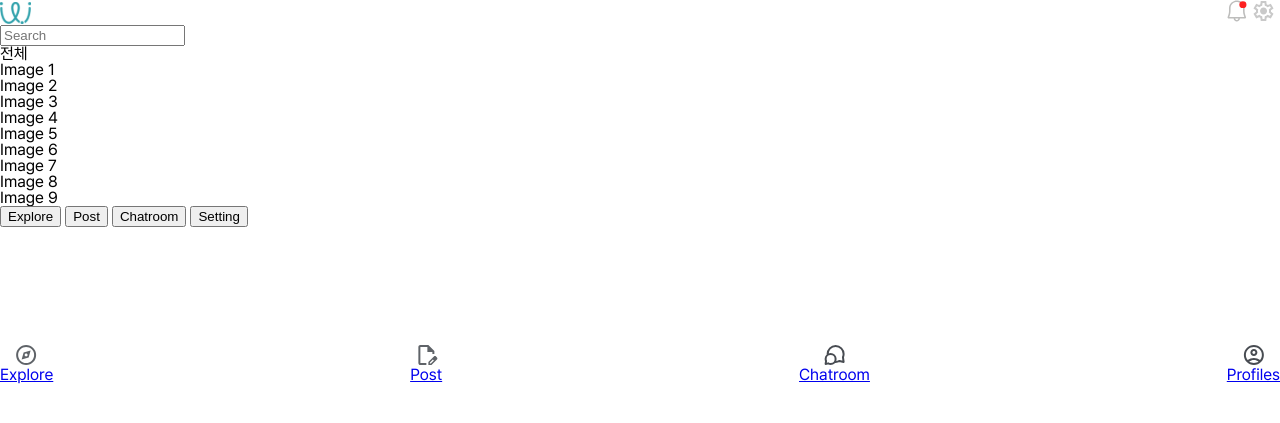
Repository: makeditWeb/trip_app
Page: tripApp/pages/index.html
These files come from the project's save history. The page is drawn as it stood at one moment and after the next save; the edit follows.
The browser window is 1280 px wide. The pictures show the whole page.
The style sheet was rebuilt from its Sass, Less or Tailwind sources for each picture, by a compiler version that may differ from the author's.

Above is the page before, as saved 2024-12-24 22:11:09.
Console error: TypeError: Cannot read properties of null (reading 'addEventListener')

### tripApp/pages/index.html
<!DOCTYPE html>
<html lang="en">
<head>
    <meta charset="UTF-8">
    <meta name="viewport" content="width=device-width, initial-scale=1.0">
    <title>Trip APP</title>

    <link rel="stylesheet" href="../assets/css/reset.css">
    <link rel="stylesheet" href="../assets/css/style.css">


    <script src="../assets/js/layout.js"></script>
</head>
<body>
    <div class="app">


        <!-- 검색창 (맵 위에 위치) -->
        <div class="search-bar">
            <input type="text" placeholder="Search" class="search-input">
        </div>

        <!-- 바텀시트 -->
        <div class="bottom-sheet" id="bottomSheet">
            <div class="handle-bar" id="handleBar">
                <div class="handle"></div>
            </div>
            <div class="sheet-content">
                <h2 class="title">전체</h2>
                <div class="image-grid">
                    <div class="image-item">Image 1</div>
                    <div class="image-item">Image 2</div>
                    <div class="image-item">Image 3</div>
                    <div class="image-item">Image 4</div>
                    <div class="image-item">Image 5</div>
                    <div class="image-item">Image 6</div>
                    <div class="image-item">Image 7</div>
                    <div class="image-item">Image 8</div>
                    <div class="image-item">Image 9</div>
                </div>
            </div>
            <div class="bottom-nav">
                <button class="active">Explore</button>
                <button>Post</button>
                <button>Chatroom</button>
                <button>Setting</button>
            </div>
        </div>
    </div>

    <script src="../assets/js/common.js"></script>
</body>
</html>

### tripApp/pages/layout/common_layout.html
<!DOCTYPE html>
<html lang="en">
<head>
    <meta charset="UTF-8">
    <meta name="viewport" content="width=device-width, initial-scale=1.0">
    <title>Trip APP</title>

    <link rel="stylesheet" href="../assets/css/reset.css">
    <link rel="stylesheet" href="../assets/css/style.css">
</head>
<body>

</body>
<div class="app">
    <!-- Common Header -->
    <header class="header">
        <div class="header__inner flex-center-between">
            <img src="../../assets/images/header_logo.svg" alt="logo" class="logo">
            <div class="header__right flex-center">
                <div class="notification-bell">
                    <svg xmlns="http://www.w3.org/2000/svg" width="20" height="22" viewBox="0 0 20 22" fill="none">
                        <path d="M18.2069 14.8604C17.812 13.7083 17.6103 12.5032 17.6091 11.2901V8.2929C17.6378 6.39372 16.9327 4.55179 15.63 3.12347C14.3319 1.69289 12.5301 0.773058 10.57 0.540249C9.48686 0.43224 8.38496 0.540249 7.33924 0.880778C6.29353 1.2033 5.34146 1.74185 4.53922 2.46041C3.73299 3.16044 3.09038 4.01685 2.65382 4.97312C2.21508 5.92902 1.98608 6.9616 1.98113 8.00637V11.3067C1.97884 12.5147 1.77707 13.7147 1.38335 14.8619L0.450012 17.5157L1.19762 18.5028H6.66811C6.66811 19.2918 7.00368 20.0629 7.58272 20.6209C8.16021 21.176 8.964 21.5 9.78653 21.5C10.6075 21.5 11.4097 21.1775 11.9888 20.6209C12.5678 20.0644 12.9049 19.2918 12.9049 18.5028H18.3754L19.1215 17.5157L18.2069 14.8604ZM10.8869 19.5813C10.7433 19.7221 10.5721 19.8342 10.3833 19.9112C10.1945 19.9882 9.99164 20.0285 9.78653 20.0299C9.58104 20.0285 9.37787 19.988 9.18874 19.9108C8.99962 19.8336 8.82828 19.7211 8.68463 19.5798C8.53787 19.4419 8.42095 19.2775 8.34059 19.096C8.26023 18.9145 8.21802 18.7195 8.21639 18.5223H11.3364C11.3429 18.7191 11.3064 18.915 11.2292 19.0974C11.1521 19.2799 11.036 19.4447 10.8884 19.5813H10.8869ZM2.27923 17.0161L2.85828 15.345C3.30983 14.0431 3.54321 12.6805 3.5497 11.3081V8.00637C3.5497 7.1618 3.73699 6.33673 4.09128 5.58217C4.44558 4.81111 4.94971 4.12855 5.60367 3.572C6.25763 2.99895 7.02397 2.56692 7.84493 2.3164C8.68463 2.04638 9.56178 1.95637 10.4202 2.04638C11.9935 2.24521 13.4359 2.9926 14.4735 4.14655C15.5114 5.30193 16.0694 6.78471 16.0405 8.3109V11.3262C16.0405 12.6898 16.2653 14.0534 16.7319 15.363L17.311 17.0326H2.28079V17.0146L2.27923 17.0161Z" fill="#BDBDBC"/>
                        <ellipse class="notification-dot" cx="15.8909" cy="4.69484" rx="3.55908" ry="3.3871" fill="#FD2121"/>
                    </svg>
                </div>
                <button class="non-btn btn-settings">
                    <img src="../../assets/images/settings.svg" alt="settings">
                </button>
            </div>
        </div>
    </header>

    <!-- Dynamic Content Area -->
    <main class="main" id="mainContent">
        <!-- Content will be injected here -->
    </main>

    <!-- Common Bottom Navigation -->
    <nav class="bottom-nav">
        <div class="bottom-nav__inner flex-center-between">
            <a href="/" class="bottom-nav__item flex-col-center active">
                <svg xmlns="http://www.w3.org/2000/svg" width="25" height="24" viewBox="0 0 25 24" fill="none">
                    <path d="M7.625 16.5L14.625 14.5L16.625 7.5L9.625 9.5L7.625 16.5ZM12.125 13.5C11.7083 13.5 11.3542 13.3542 11.0625 13.0625C10.7708 12.7708 10.625 12.4167 10.625 12C10.625 11.5833 10.7708 11.2292 11.0625 10.9375C11.3542 10.6458 11.7083 10.5 12.125 10.5C12.5417 10.5 12.8958 10.6458 13.1875 10.9375C13.4792 11.2292 13.625 11.5833 13.625 12C13.625 12.4167 13.4792 12.7708 13.1875 13.0625C12.8958 13.3542 12.5417 13.5 12.125 13.5ZM12.125 22C10.7417 22 9.44167 21.7375 8.225 21.2125C7.00833 20.6875 5.95 19.975 5.05 19.075C4.15 18.175 3.4375 17.1167 2.9125 15.9C2.3875 14.6833 2.125 13.3833 2.125 12C2.125 10.6167 2.3875 9.31667 2.9125 8.1C3.4375 6.88333 4.15 5.825 5.05 4.925C5.95 4.025 7.00833 3.3125 8.225 2.7875C9.44167 2.2625 10.7417 2 12.125 2C13.5083 2 14.8083 2.2625 16.025 2.7875C17.2417 3.3125 18.3 4.025 19.2 4.925C20.1 5.825 20.8125 6.88333 21.3375 8.1C21.8625 9.31667 22.125 10.6167 22.125 12C22.125 13.3833 21.8625 14.6833 21.3375 15.9C20.8125 17.1167 20.1 18.175 19.2 19.075C18.3 19.975 17.2417 20.6875 16.025 21.2125C14.8083 21.7375 13.5083 22 12.125 22ZM12.125 20C14.3417 20 16.2292 19.2208 17.7875 17.6625C19.3458 16.1042 20.125 14.2167 20.125 12C20.125 9.78333 19.3458 7.89583 17.7875 6.3375C16.2292 4.77917 14.3417 4 12.125 4C9.90833 4 8.02083 4.77917 6.4625 6.3375C4.90417 7.89583 4.125 9.78333 4.125 12C4.125 14.2167 4.90417 16.1042 6.4625 17.6625C8.02083 19.2208 9.90833 20 12.125 20Z" fill="#5F6368"/>
                </svg>
                <span>Explore</span>
            </a>
            <a href="/post" class="bottom-nav__item flex-col-center">
                <svg xmlns="http://www.w3.org/2000/svg" width="25" height="24" viewBox="0 0 25 24" fill="none">
                    <path d="M14.375 22V18.925L19.9 13.425C20.05 13.275 20.2167 13.1667 20.4 13.1C20.5833 13.0333 20.7667 13 20.95 13C21.15 13 21.3417 13.0375 21.525 13.1125C21.7083 13.1875 21.875 13.3 22.025 13.45L22.95 14.375C23.0833 14.525 23.1875 14.6917 23.2625 14.875C23.3375 15.0583 23.375 15.2417 23.375 15.425C23.375 15.6083 23.3417 15.7958 23.275 15.9875C23.2083 16.1792 23.1 16.35 22.95 16.5L17.45 22H14.375ZM15.875 20.5H16.825L19.85 17.45L19.4 16.975L18.925 16.525L15.875 19.55V20.5ZM6.375 22C5.825 22 5.35417 21.8042 4.9625 21.4125C4.57083 21.0208 4.375 20.55 4.375 20V4C4.375 3.45 4.57083 2.97917 4.9625 2.5875C5.35417 2.19583 5.825 2 6.375 2H14.375L20.375 8V11H18.375V9H13.375V4H6.375V20H12.375V22H6.375ZM19.4 16.975L18.925 16.525L19.85 17.45L19.4 16.975Z" fill="#5F6368"/>
                </svg>
                <span>Post</span>
            </a>
            <a href="/chatroom" class="bottom-nav__item flex-col-center">
                <svg xmlns="http://www.w3.org/2000/svg" width="25" height="24" viewBox="0 0 25 24" fill="none">
                    <path d="M5.62483 11C5.62483 6.58172 9.20625 3 13.6242 3C18.0421 3 21.6235 6.58172 21.6235 11C21.6235 12.15 21.3808 13.2434 20.944 14.2316L21.625 18.9992L17.5396 17.9778C16.3822 18.6287 15.0465 19 13.6242 19M3.62595 16C3.62595 16.7188 3.77758 17.4021 4.0506 18.0198L3.625 20.9995L6.17815 20.3611C6.90143 20.768 7.73615 21 8.62505 21C11.386 21 13.6242 18.7614 13.6242 16C13.6242 13.2386 11.386 11 8.62505 11C5.86412 11 3.62595 13.2386 3.62595 16Z" stroke="#484C52" stroke-width="2" stroke-linecap="round" stroke-linejoin="round"/>
                </svg>
                <span>Chatroom</span>
            </a>
            <a href="/profiles" class="bottom-nav__item flex-col-center">
                <svg xmlns="http://www.w3.org/2000/svg" width="25" height="24" viewBox="0 0 25 24" fill="none">
                    <path d="M6.725 17.1C7.575 16.45 8.525 15.9375 9.575 15.5625C10.625 15.1875 11.725 15 12.875 15C14.025 15 15.125 15.1875 16.175 15.5625C17.225 15.9375 18.175 16.45 19.025 17.1C19.6083 16.4167 20.0625 15.6417 20.3875 14.775C20.7125 13.9083 20.875 12.9833 20.875 12C20.875 9.78333 20.0958 7.89583 18.5375 6.3375C16.9792 4.77917 15.0917 4 12.875 4C10.6583 4 8.77083 4.77917 7.2125 6.3375C5.65417 7.89583 4.875 9.78333 4.875 12C4.875 12.9833 5.0375 13.9083 5.3625 14.775C5.6875 15.6417 6.14167 16.4167 6.725 17.1ZM12.875 13C11.8917 13 11.0625 12.6625 10.3875 11.9875C9.7125 11.3125 9.375 10.4833 9.375 9.5C9.375 8.51667 9.7125 7.6875 10.3875 7.0125C11.0625 6.3375 11.8917 6 12.875 6C13.8583 6 14.6875 6.3375 15.3625 7.0125C16.0375 7.6875 16.375 8.51667 16.375 9.5C16.375 10.4833 16.0375 11.3125 15.3625 11.9875C14.6875 12.6625 13.8583 13 12.875 13ZM12.875 22C11.4917 22 10.1917 21.7375 8.975 21.2125C7.75833 20.6875 6.7 19.975 5.8 19.075C4.9 18.175 4.1875 17.1167 3.6625 15.9C3.1375 14.6833 2.875 13.3833 2.875 12C2.875 10.6167 3.1375 9.31667 3.6625 8.1C4.1875 6.88333 4.9 5.825 5.8 4.925C6.7 4.025 7.75833 3.3125 8.975 2.7875C10.1917 2.2625 11.4917 2 12.875 2C14.2583 2 15.5583 2.2625 16.775 2.7875C17.9917 3.3125 19.05 4.025 19.95 4.925C20.85 5.825 21.5625 6.88333 22.0875 8.1C22.6125 9.31667 22.875 10.6167 22.875 12C22.875 13.3833 22.6125 14.6833 22.0875 15.9C21.5625 17.1167 20.85 18.175 19.95 19.075C19.05 19.975 17.9917 20.6875 16.775 21.2125C15.5583 21.7375 14.2583 22 12.875 22ZM12.875 20C13.7583 20 14.5917 19.8708 15.375 19.6125C16.1583 19.3542 16.875 18.9833 17.525 18.5C16.875 18.0167 16.1583 17.6458 15.375 17.3875C14.5917 17.1292 13.7583 17 12.875 17C11.9917 17 11.1583 17.1292 10.375 17.3875C9.59167 17.6458 8.875 18.0167 8.225 18.5C8.875 18.9833 9.59167 19.3542 10.375 19.6125C11.1583 19.8708 11.9917 20 12.875 20ZM12.875 11C13.3083 11 13.6667 10.8583 13.95 10.575C14.2333 10.2917 14.375 9.93333 14.375 9.5C14.375 9.06667 14.2333 8.70833 13.95 8.425C13.6667 8.14167 13.3083 8 12.875 8C12.4417 8 12.0833 8.14167 11.8 8.425C11.5167 8.70833 11.375 9.06667 11.375 9.5C11.375 9.93333 11.5167 10.2917 11.8 10.575C12.0833 10.8583 12.4417 11 12.875 11Z" fill="#484C52"/>
                </svg>
                <span>Profiles</span>
            </a>
        </div>
    </nav>
</div>
    <script src="../../assets/js/layout.js"></script>
</html>

Loaded but not shown: tripApp/assets/css/reset.css (common file); tripApp/assets/js/common.js (145 lines, source omitted); tripApp/assets/js/layout.js (70 lines, source omitted); tripApp/assets/css/style.scss (1143 lines, source omitted)

After the next save:
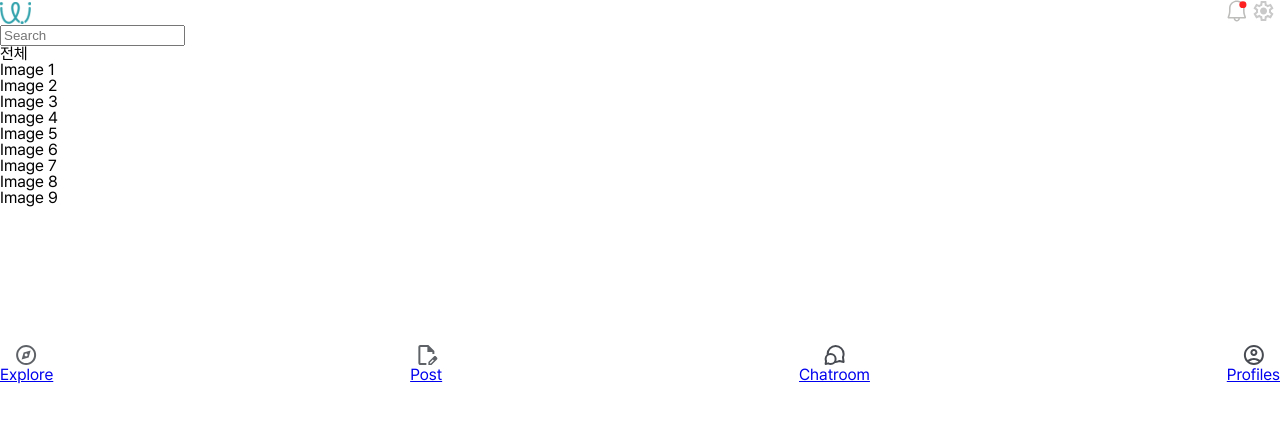
Saved 63 s later.
--- a/tripApp/pages/index.html
+++ b/tripApp/pages/index.html
@@ -39,12 +39,6 @@
                     <div class="image-item">Image 9</div>
                 </div>
             </div>
-            <div class="bottom-nav">
-                <button class="active">Explore</button>
-                <button>Post</button>
-                <button>Chatroom</button>
-                <button>Setting</button>
-            </div>
         </div>
     </div>
 
